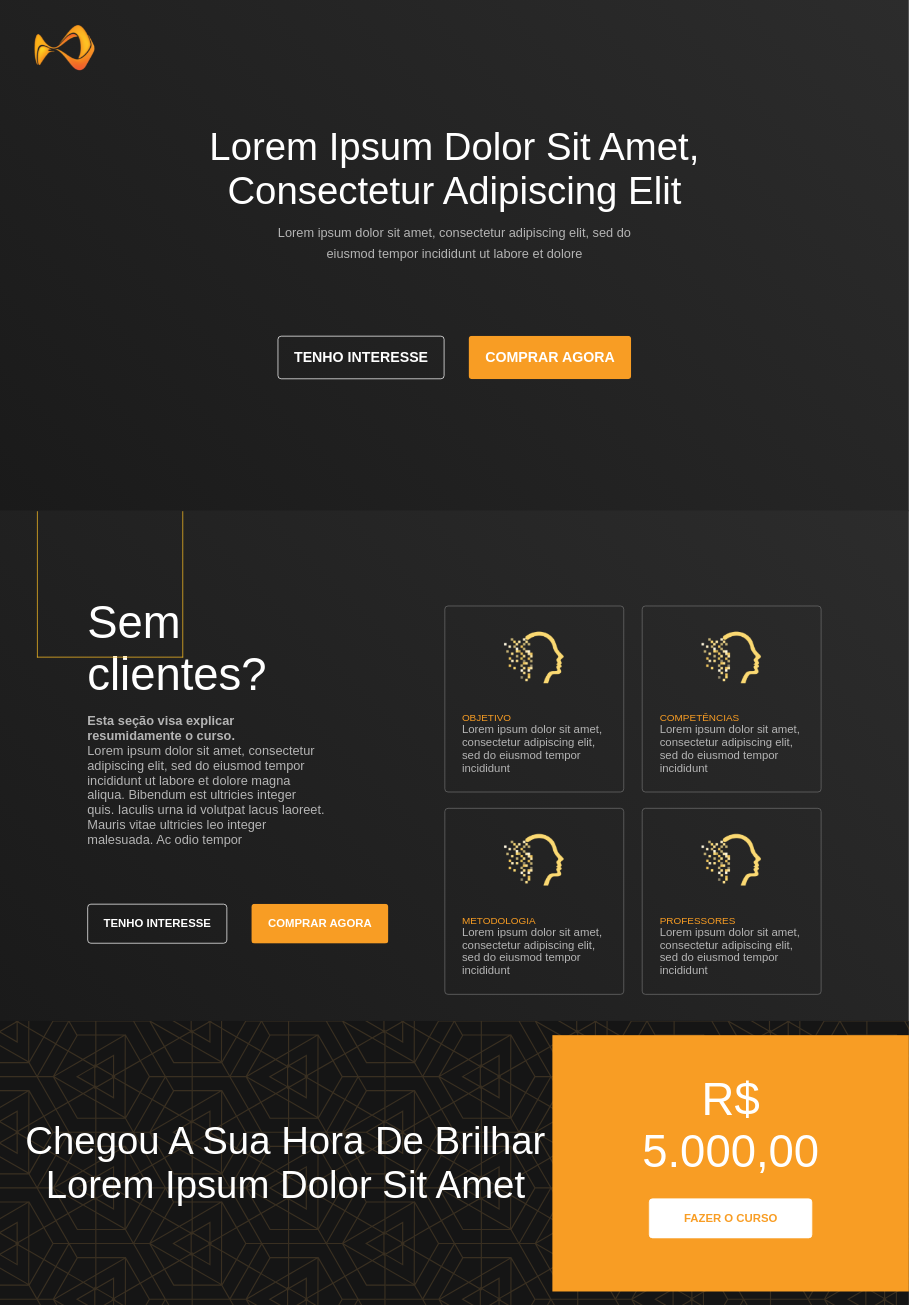
Repository: Rafael-Araujo-dev/Treinamento-Raccoon
Page: Projeto-2/index.html
An editor plug-in stored every save of this project. The page is shown before and after a run of saves, followed by the edit.
The browser window is 1280 px wide. The pictures show the whole page, at 71% of full size.
Some web fonts or font styles are not loaded; a fallback is used.

Above is the page before, as saved 2021-09-23 11:29:40.

### Projeto-2/index.html
<!DOCTYPE html>
<html>
    <head>
        <title></title>
        <meta charset="utf-8"/>
        <meta name="viewport" content="width=device-width,initial-scale=1.0,maximum-scale=1.0">
        <link rel="preconnect" href="https://fonts.googleapis.com">
        <link rel="preconnect" href="https://fonts.gstatic.com" crossorigin>
        <link href="https://fonts.googleapis.com/css2?family=Yantramanav:wght@300;400;700&display=swap" rel="stylesheet">
        <link rel="stylesheet" href="css/style.css"/>
    </head>
    <body>
        <section class="hero-section">
            <div class="hero-header">
                <img class="logo" src="images/LOGOSYNAPSE_simbolo_laranja.png"/>
            </div>
            <div class="hero-container">
                <div class="hero-title">
                    Lorem ipsum dolor sit amet,<br>
                    consectetur adipiscing elit
                </div>
                <div class="hero-text">
                    Lorem ipsum dolor sit amet, consectetur adipiscing elit, sed do eiusmod tempor incididunt ut labore et dolore
                </div>
            </div>
            <div class="hero-btn-group">
                <button class="btn secondary">
                    Tenho interesse
                </button>
                <button class="btn primary">
                    Comprar agora
                </button>
            </div>
        </section>

        <section class="course-summary">
            <div class="container">
                <div class="col m">
                    <span class="rectangule"></span>
                    <span class="title">
                        Sem<br>clientes?
                    </span>
                    <div class="text">
                        <strong>Esta seção visa explicar resumidamente o curso.</strong>
                        <br>
                        Lorem ipsum dolor sit amet, consectetur adipiscing elit, sed do eiusmod tempor incididunt ut labore et dolore magna aliqua. Bibendum est ultricies integer quis. Iaculis urna id volutpat lacus laoreet. Mauris vitae ultricies leo integer malesuada. Ac odio tempor
                    </div>
                    <div class="btn-group">
                        <button class="btn secondary">
                            Tenho interesse
                        </button>
                        <button class="btn primary">
                            Comprar agora
                        </button>
                    </div>
                </div>
                <div class="col l">
                    <div class="card-container">
                        <div class="card-item">
                            <div class="container">
                                <div class="card-image">
                                    <img src="./images/Oratória Digital Logo-1.png"/>
                                </div>
                                <div class="card-description">
                                    <div class="card-title">
                                        Objetivo
                                    </div>
                                    <div class="card-text">
                                        Lorem ipsum dolor sit amet, consectetur adipiscing elit, sed do eiusmod tempor incididunt
                                    </div>
                                </div>
                            </div>
                        </div>
                        <div class="card-item">
                            <div class="container">
                                <div class="card-image">
                                    <img src="./images/Oratória Digital Logo-1.png"/>
                                </div>
                                <div class="card-description">
                                    <div class="card-title">
                                        Competências
                                    </div>
                                    <div class="card-text">
                                        Lorem ipsum dolor sit amet, consectetur adipiscing elit, sed do eiusmod tempor incididunt
                                    </div>
                                </div>
                            </div>
                        </div>
                        <div class="card-item">
                            <div class="container">
                                <div class="card-image">
                                    <img src="./images/Oratória Digital Logo-1.png"/>
                                </div>
                                <div class="card-description">
                                    <div class="card-title">
                                        Metodologia
                                    </div>
                                    <div class="card-text">
                                        Lorem ipsum dolor sit amet, consectetur adipiscing elit, sed do eiusmod tempor incididunt
                                    </div>
                                </div>
                            </div>
                        </div>
                        <div class="card-item">
                            <div class="container">
                                <div class="card-image">
                                    <img src="./images/Oratória Digital Logo-1.png"/>
                                </div>
                                <div class="card-description">
                                    <div class="card-title">
                                        Professores
                                    </div>
                                    <div class="card-text">
                                        Lorem ipsum dolor sit amet, consectetur adipiscing elit, sed do eiusmod tempor incididunt
                                    </div>
                                </div>
                            </div>
                        </div>
                    </div>
                </div>
                <center>
                    <div class="btn-group mobile">
                        <button class="btn secondary">
                            Tenho interesse
                        </button>
                        <button class="btn primary">
                            Comprar agora
                        </button>
                    </div>
                </center>
            </div>
        </section>

        <section class="take-course">
            <div class="container">
                <div class="text">
                    Chegou a sua hora de brilhar <br>lorem ipsum dolor sit amet
                </div>
                <div class="card">
                    <div class="text">
                        R$ 5.000,00
                    </div>
                    <button class="btn white">
                        Fazer o curso
                    </button>
                </div>
            </div>
        </section>

    </body>
</html>

### Projeto-2/css/style.css
* {
    margin: 0;
    padding: 0;
    box-sizing: border-box;
    font-family: 'Yantramanav', sans-serif;
}

.btn {
    font-size: 20px;
    text-transform: uppercase;
    padding: 18px 22px;
    margin: 0px 15px 24px 15px;
    font-weight: bold;
}

@media (max-width: 890px) {
    .btn {
        font-size: 20px;
    }
}

@media (max-width: 645px) {
    .btn {
        font-size: 17px;
    }
}

@media (max-width: 500px) {
    .btn {
        font-size: 16px;
    }
}

.btn.primary {
    background-color: #F89D24;
    border: 1px solid transparent;
    border-radius: 5px;
    color: #FFF;
}

.btn.secondary {
    background-color: transparent;
    border: 1px solid #FFF;
    border-radius: 5px;
    color: #FFF;
}

.btn.white {
    background-color: #FFFFFF;
    border: 1px solid #FFF;
    border-radius: 5px;
    color: #000;
}

.hero-section {
    background: rgb(26,26,26);
    background: linear-gradient(45deg, rgba(26,26,26,1) 0%, rgba(44,44,44,1) 100%);
    min-height: 100vh;
    display: flex;
    flex-direction: column;
    justify-content: space-around;
}

.hero-header .logo {
    margin-left: 3.15%;
    margin-top: 2%;
    width: 12.1%;
    max-width: 100px;
}

.hero-container {
    position: relative;
    margin: auto;
    display: flex;
    flex-direction: column;
    flex-wrap: wrap;
}

@media (max-width: 1240px) {
    .hero-container {
        width: 60%;
    }
}

@media (max-width: 1028px) {
    .hero-container {
        width: 70%;
    }
}

@media (max-width: 890px) {
    .hero-container {
        width: 80%;
    }
}

.hero-title, .hero-text {
    color: #FFFFFF;
    text-align: center;
}

.hero-title {
    font-size: 54px;
    /* margin-top: 15.5vh; */
    text-transform: capitalize;
}

@media (max-width: 890px) {
    .hero-title {
        /* margin-top: 14%; */
        font-size: 45px;
    }
}

@media (max-width: 645px) {
    .hero-title {
        /* margin-top: 8%; */
        font-size: 40.5px;
    }
}

@media (max-width: 500px) {
    .hero-title {
        /* margin-top: 0%; */
    }
}

.hero-text {
    color: #B5B5B5;
    font-size: 18px;
    width: 60%;
    margin-top: 1.8vh;
    line-height: 30px;
    align-self: center;
    margin-bottom: 35px;
}

@media (max-width: 1024px) {
    .hero-text {
        width: 80%;
    }
}

@media (max-width: 890px) {
    .hero-text {

        font-size: 15px;
        width: 50%;
    }
}

@media (max-width: 645px) {
    .hero-text {

        font-size: 13.5px;
        width: 80%;
    }
}

@media (max-width: 500px) {
    .hero-text {
        /* margin-top: 5%; */
        width: 100%;
    }
}

.hero-btn-group {
    margin-bottom: 22.5vh;
    text-align: center;
}

.course-summary {
    background: rgb(26,26,26);
    background: linear-gradient(45deg, rgba(26,26,26,1) 0%, rgba(44,44,44,1) 100%);
    min-height: 100vh;
    padding-top: 18.6vh;
    margin-top: -1px;
}

@media (max-width: 450px) {
    .course-summary {
        padding-top: 6.5vh;
    }
}

.course-summary .container {
    position: relative;
    margin: auto;
    display: flex;
    justify-content:center;
    flex-wrap: wrap;
}

.course-summary .col {
    display: flex;
}

.course-summary .col.m {
    display: flex;
    flex-direction: column;
}

.course-summary .col.l {
    margin-left: 5vw;
}

.course-summary .col .rectangule {
    position: absolute;
    margin-top: -18.5vh;
    margin-left: -5.5vw;
    border: 1px solid #FEC024;
    border-top: none;
    width: 206px;
    height: 206px;
}

.course-summary .col .title {
    font-size: 64px;
    color: #FFFFFF;
    margin-top: -2vh;
}

@media (max-width: 450px) {
    .course-summary .col .rectangule {
        margin-top: -6.5vh;
        margin-left: 3.8vw;
        width: 110px;
        height: 110px;
    }

    .course-summary .col .title {
        font-size: 48px;
        margin-left: 24px;
        margin-top: 1vh;
    }
}

.course-summary .col .text {
    font-size: 18px;
    color: #B5B5B5;
    font-weight: 300;
    max-width: 337px;
    margin-top: 2.6vh;
}

@media (max-width: 450px) {
    .course-summary .col .text {
        font-size: 13.5px;
        max-width: 85%;
        line-height: 25px;
        align-self: center;
    }
}

.course-summary .col .btn-group {
    margin-top: 11vh;
    margin-left: -15px;
}

.course-summary .btn-group.mobile {
    display: none;
    margin-top: 36px;
}

@media (max-width: 450px) {
    .course-summary .col .btn-group {
        display: none;
    }

    .course-summary .btn-group.mobile {
        display: inherit;
    }
}

.course-summary .col .btn-group .btn {
    font-size: 16px;
}

.course-summary .card-container {
    display: grid;
    grid-template-columns: repeat(2, 1fr);
    grid-template-rows: repeat(2, 1fr);
    grid-column-gap: 2vw;
    grid-row-gap: 3vh;
}

@media(max-width: 650px) {
    .course-summary .card-container {
        grid-template-columns: repeat(1, 1fr);
        grid-template-rows: repeat(1, 1fr);
        margin-left: -25px;
    }
}

@media(max-width: 450px) {
    .course-summary .card-container {
        margin-top: 50px;
    }
}

@media(max-width: 300px) {
    .course-summary .card-container {
        margin-left: -10px;
    }
}

.course-summary .card-item {
    border: 1px solid #6E6E6E;
    border-radius: 5px;
    max-width: 253px;
}

.course-summary .card-item .container {
    text-align: center;
    margin: 24px;
    padding: 0;
}

.course-summary .card-item .card-description {
    text-align: left;
}

.course-summary .card-item .card-title {
    font-size: 14px;
    color: #F89D24;
    text-transform: uppercase;
    margin-top: 3.5vh;
}

.course-summary .card-item .card-text {
    font-size: 16px;
    color: #B5B5B5;
}

.take-course {
    background-color: #191919;
    background-image: url('../images/Grupo\ 34.svg');
    height: 400px;
    margin-top: -1px;
}

.take-course .container{
    background-color: rgba(20,20,20,0.7);
}

.take-course .container {
    padding: 10vh 2vw;
    height: 100%;
    display: flex;
    flex-direction: row;
    justify-content: end;
    align-items: center;
    padding-right: 0;
}

.take-course .container .text {
    font-size: 54px;
    color: #FFFFFF;
    text-align: center;
    width: 60%;
    text-transform: capitalize;
}

.take-course .container .card {
    display: flex;
    flex-direction: column;
    align-items: center;
    background-color:#F89D24;
    width: 40%;
    padding-top: 53px;
    padding-bottom: 75px;
}

.take-course .container .card .btn {
    margin: 0;
    margin-top: 29px;
    padding-left: 48px;
    padding-right: 48px;
    font-size: 16px;
    color: #F89D24;
}

.take-course .container .card .text {
    font-weight: normal;
    font-size: 64px;
}

After the next 3 saves:
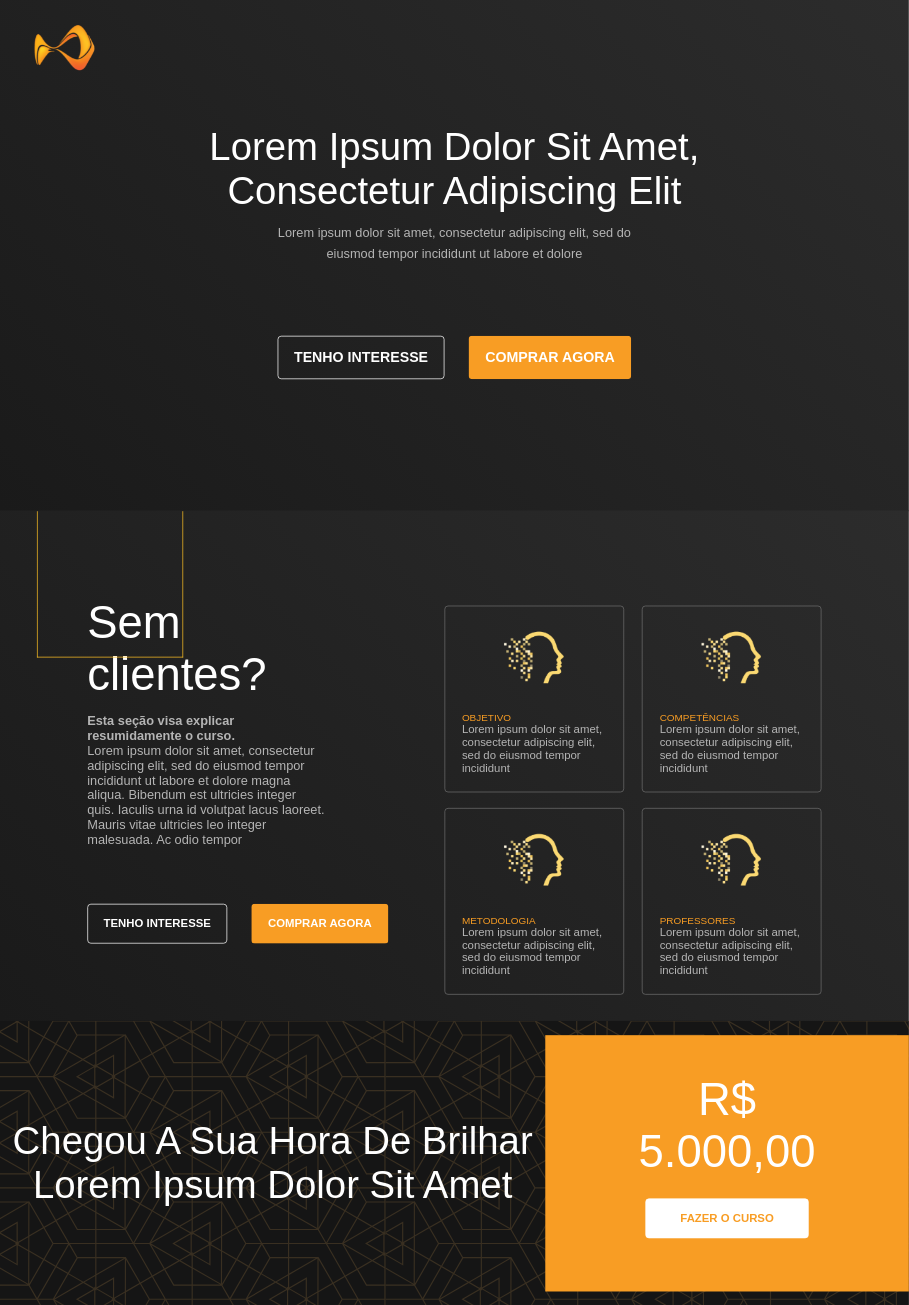
The 3 saves are shown as one change because they came seconds apart.
The last was saved 7 s later.
--- a/Projeto-2/css/style.css
+++ b/Projeto-2/css/style.css
@@ -344,7 +344,7 @@
 }
 
 .take-course .container {
-    padding: 10vh 2vw;
+
     height: 100%;
     display: flex;
     flex-direction: row;
